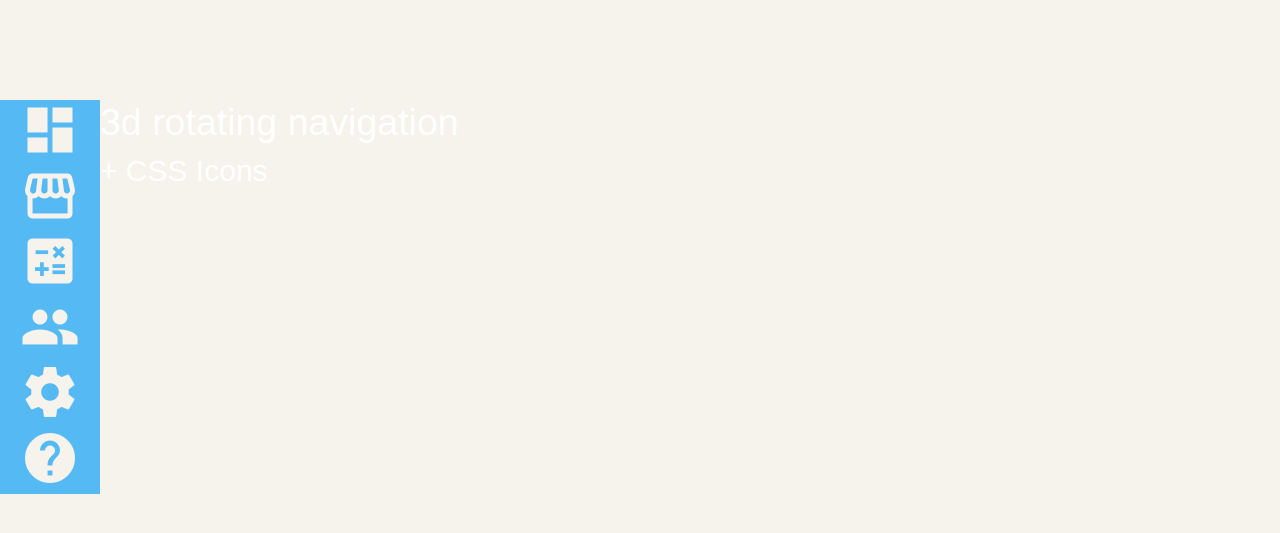
Repository: latenightsnacc/AllinOne
Page: Design/dashboard.html
These files come from the project's save history. The page is drawn as it stood at one moment and after the next save; the edit follows.
The browser window is 1280 px wide. The pictures show the whole page.
The style sheet was rebuilt from its Sass, Less or Tailwind sources for each picture, by a compiler version that may differ from the author's.

Above is the page before, as saved 2020-09-16 16:57:24.

### Design/dashboard.html
<!DOCTYPE html>
<html lang="en">
<head>
    <meta charset="UTF-8">
    <meta name="viewport" content="width=device-width, initial-scale=1.0">
    <!--Icons-->
    <link href="https://fonts.googleapis.com/icon?family=Material+Icons" rel="stylesheet">
    <!-- Compiled and minified CSS -->
    <link rel="stylesheet" href="https://cdnjs.cloudflare.com/ajax/libs/materialize/1.0.0/css/materialize.min.css">
    <link rel="stylesheet" href="https://stackpath.bootstrapcdn.com/bootstrap/5.0.0-alpha1/css/bootstrap.min.css" integrity="sha384-r4NyP46KrjDleawBgD5tp8Y7UzmLA05oM1iAEQ17CSuDqnUK2+k9luXQOfXJCJ4I" crossorigin="anonymous">
    <!--Custom css-->
    <link rel="stylesheet" href="sidebar.css">
    <title>Welcome Page</title>
</head>
<body>
    <!--Sidebar-->
    <div class="side-bar">
        <ul>
          <li>
            <a href="#" class="sidebar-icon">
                <i class="medium material-icons">dashboard</i>
            </a>

          </li>
          <li>
            <a href="#" class="sidebar-icon">
                <i class="medium material-icons">storefront</i>
            </a>
          </li>
          <li>
            <a href="#" class="sidebar-icon">
                <i class="medium material-icons">calculate</i>
            </a>
          </li>
          <li>
            <a href="#" class="sidebar-icon">
                <i class="medium material-icons">people</i>
            </a>
          </li>
          <li>
            <a href="#" class="sidebar-icon">
                <i class="medium material-icons">settings</i>
            </a>
          </li>
          <li>
            <a href="#" class="sidebar-icon">
                <i class="medium material-icons">help</i>
            </a>
          </li>
        </ul>
    </div>

    <section>
        <h1>3d rotating navigation</h1>
        <h2>+ CSS Icons</h2>
    </section>

    <script src="https://cdn.jsdelivr.net/npm/popper.js@1.16.0/dist/umd/popper.min.js" integrity="sha384-Q6E9RHvbIyZFJoft+2mJbHaEWldlvI9IOYy5n3zV9zzTtmI3UksdQRVvoxMfooAo" crossorigin="anonymous"></script>
    <script src="https://stackpath.bootstrapcdn.com/bootstrap/5.0.0-alpha1/js/bootstrap.min.js" integrity="sha384-oesi62hOLfzrys4LxRF63OJCXdXDipiYWBnvTl9Y9/TRlw5xlKIEHpNyvvDShgf/" crossorigin="anonymous"></script>
</body>
</html>

### Design/sidebar.scss
@import 'variables';

*,*:before,*:after {
	box-sizing: border-box;
}

:after {
	content: "";
}

section {
  position: relative;
  left: 100px;
}



body {
  padding: 100px 0;
	background: $grey;
  color: white;
  max-width:640px;
	font-family: 'Montserrat', sans-serif;
	font-size: 14px;
  line-height:1.4;
}
a.sidebar-icon {
    color: $grey;
}
.side-bar {
  float: left;
	position: fixed;
	top: 100;
  left: 0;
	background: transparent;
}

.side-bar ul {
	text-align: center;
}

.side-bar ul li {
	position: relative;
  width: 100px;
  cursor: pointer;
	background: $blue;
	text-transform: uppercase;
	transition:all .4s ease-out;
}

.side-bar ul li:after {
	position: absolute;
	background: $grey;
	color: $blue;
	top:0;
	left: 100px;
	width: 100px; height: 100%;
  opacity:.5;
  transform: perspective(400px) rotateY(90deg);
	transform-origin: 0 100%;
	transition:all .4s ease-out;
}

.side-bar ul li:nth-child(1):after {
    display: flex;
    align-items: center;
    justify-content: center;
    content: "Dashboard";
	line-height: 88px;
}
.side-bar ul li:nth-child(2):after {
    content: "Profile";
    display: flex;
    align-items: center;
    justify-content: center;
	line-height: 88px;
}
.side-bar ul li:nth-child(3):after {
    display: flex;
    align-items: center;
    justify-content: center;
	content: "Finance";
	line-height: 85px;
}
.side-bar ul li:nth-child(4):after {
    display: flex;
    align-items: center;
    justify-content: center;
	content: "CMS";
	line-height: 70px;
}

.side-bar ul li:hover {
	transform: translateX(-100px);
}

.side-bar ul li:hover:after {
  opacity: 1;
	transform: perspective(400px) rotateY(0deg) scale(1) ;
}


.side-bar ul li > div {
	display: inline-block;
	padding: 25px 0;
	background: transparent;
}

.side-bar ul li div { position: relative; }

.roof {
	width: 0;
	height: 0;
	top:2px;
	border-style: solid;
	border-width: 0 21px 15px 21px;
	border-color: transparent transparent #ffffff transparent;
}

.roof-edge {
	position: absolute;
	z-index: 20;
	left: -17px;
	top: 3px;
	width: 0;
	height: 0;
	border-style: solid;
	border-width: 0 17px 12px 17px;
	border-color: transparent transparent $blue transparent;
}
/*white triangle over red triangle*/
.roof-edge:after {
	position: absolute;
	left: -14.5px;
	top: 3px;
	width: 0;
	height: 0;
	border-style: solid;
	border-width: 0 14.5px 10px 14.5px;
	border-color: transparent transparent white transparent;
}

.front {
	position: relative;
	top: 3px;
	width: 28.5px;
	height: 20px;
	margin: 0 auto;
	background: white;
}
/*door*/
.front:after {
	position: absolute;
	background: $blue;
	width: 11px;
	height: 13px;
	bottom: 0;
	left:9px;
}

/*/// About me ////*/

.head {
	width: 32px;
	height: 35px;
	background: white;
	border-radius:8px;
}
/*mouth*/
.head:after {
	width: 4px;
	height: 10px;
	background: white;
	position: absolute;
	border-radius:4px 0 0 4px;
	top:21px;
	left: 14px;
	transform:rotate(270deg);
}

.eyes {
	width: 8px;
	height: 5px;
	border-radius: 50%;
	position: absolute;
	top: 10px;
	left: 5px;
	background: $blue;
}
/*right eye*/
.eyes:after {
	width: 8px;
	height: 5px;
	border-radius: 50%;
	position: absolute;
	top: 0;
	left: 14px;
	background: $blue;
}

.beard {
	width: 32px;
	height: 17px;
	background: $blue;
	border:2px solid white;
	position: absolute;
	bottom: 0;
	left: 0;
	border-radius:0 0 8px 8px;
}
/*nose*/
.beard:after {
	position: absolute;
	top:-2px;
	left: 11px;
	background: white;
	width:6px;
	height: 4px;
	border-left:1px solid $blue;
	border-right:1px solid $blue;
}

/*//work//*/

.paper {
	position: relative;
	height:32px;
	width: 29px;
	background: white;
	border:2px solid white;
}

/*window*/
.paper:after {
	position: absolute;
	top:1px;
	left: 0;
	width: 25px;
	height: 29px;
	background: white;
	border-top:4px solid $blue;
}

.lines {
	position: absolute;
	top: 36px;
	left: 5px;
	width: 11px;
	box-shadow: 0 0 0 1px $blue;
}

.lines:after {
	position: absolute;
	top: 4px;
	left: 3px;
	width: 14px;
	box-shadow: 0 0 0 1px $blue;
}

.lines:nth-child(2) {
	position: absolute;
	top: 44px;
	left: 8px;
	width: 11px;
}

.lines:nth-child(2):after {
	position: absolute;
	top: 4px;
	left: -3px;
	width: 11px;
}

.lines:nth-child(3) {
	position: absolute;
	top: 52px;
	left: 8px;
	width: 14px;
}

.lines:nth-child(3):after {
	display: none;
}

/*//mail //*/

.mail-base {
	position: relative;
	width: 32px;
	height: 18px;
	background: white;
}

.mail-top {
	position: absolute;
	z-index: 20;
	left: 0;
	top: 0;
	width: 0;
	height: 0;
	transform: rotate(180deg);
	border-style: solid;
	border-width: 0 16px 11px 16px;
	border-color: transparent transparent $blue transparent;
}

.mail-top:after {
	position: absolute;
	z-index: 20;
	left: -16px;
	top: 3px;
	width: 0;
	height: 0;
	border-style: solid;
	border-width: 0 16px 9px 16px;
	border-color: transparent transparent white transparent;
}

### Design/_variables.scss
@import url('https://fonts.googleapis.com/css2?family=Roboto+Mono&display=swap');
@import url('https://fonts.googleapis.com/css2?family=Noto+Sans+HK&display=swap');

$fontRoboto: 'Roboto Mono', monospace;
$fontNoto: 'Noto Sans HK', sans-serif;
$blue: #55b9f3;
$white: #fff;
// $grey: #bdcfe5;
$grey: #f6f3ed;
$borderR: 50px;
$dark: black;
$Brb: 50px;
$bsGrey:  -30px -30px 60px #d1cfc9,
30px 30px 60px #ffffff;
$bsBlue:  -30px -30px 60px #489dcf,
30px 30px 60px #62d5ff;;

After the next save:
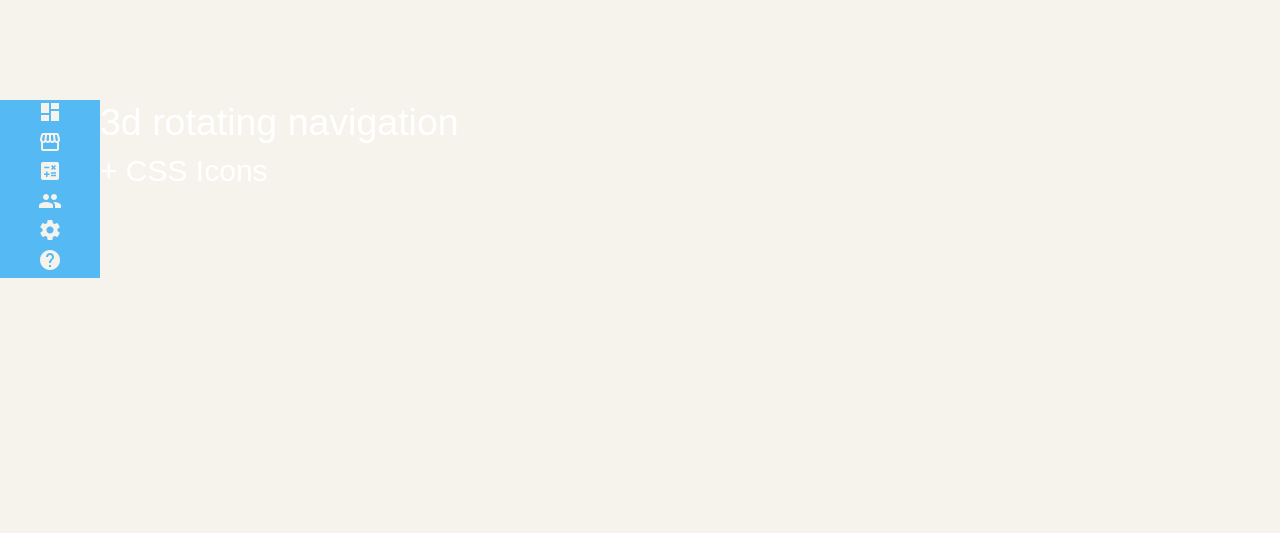
Saved 42 s later.
--- a/Design/dashboard.html
+++ b/Design/dashboard.html
@@ -18,33 +18,33 @@
         <ul>
           <li>
             <a href="#" class="sidebar-icon">
-                <i class="medium material-icons">dashboard</i>
+                <i class=" material-icons">dashboard</i>
             </a>
 
           </li>
           <li>
             <a href="#" class="sidebar-icon">
-                <i class="medium material-icons">storefront</i>
+                <i class=" material-icons">storefront</i>
             </a>
           </li>
           <li>
             <a href="#" class="sidebar-icon">
-                <i class="medium material-icons">calculate</i>
+                <i class=" material-icons">calculate</i>
             </a>
           </li>
           <li>
             <a href="#" class="sidebar-icon">
-                <i class="medium material-icons">people</i>
+                <i class=" material-icons">people</i>
             </a>
           </li>
           <li>
             <a href="#" class="sidebar-icon">
-                <i class="medium material-icons">settings</i>
+                <i class=" material-icons">settings</i>
             </a>
           </li>
           <li>
             <a href="#" class="sidebar-icon">
-                <i class="medium material-icons">help</i>
+                <i class=" material-icons">help</i>
             </a>
           </li>
         </ul>
